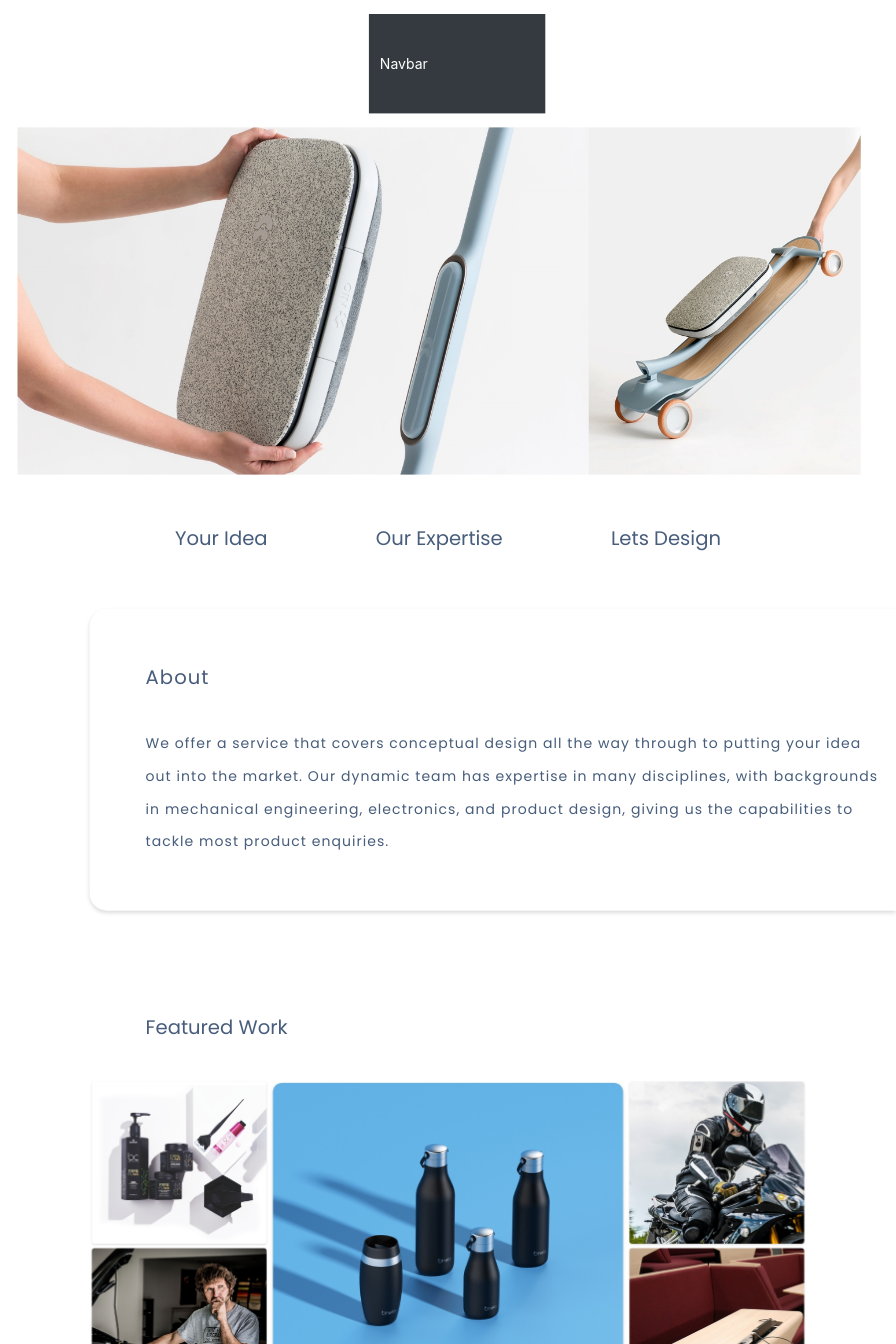
Repository: cobyfoster99/User-Centric-frontend-project
Page: index.html
The author's editor kept a record of every edit. The page is drawn from the files as they stood at one moment, then again after the next edit.
The browser window is 1280 px wide. The pictures show the part of the page from y = 0 to 1920 px (the page is 3304 px tall before and 3247 px after), at 70% of full size.
Some web libraries are served in a nearby version.

Above is the page before.

### index.html
<!DOCTYPE html>
<html lang="en">

<head>
    <meta charset="UTF-8">
    <meta name="viewport" content="width=device-width, initial-scale=1.0, max-scale=1.0">
    <meta http-equiv="X-UA-Compatible" content="ie=edge">
    <link rel="stylesheet" href="assets/css/style.css" type="text/css" />
    <link rel="stylesheet" href="https://stackpath.bootstrapcdn.com/font-awesome/4.7.0/css/font-awesome.min.css" type="text/css" />
    <script src="https://kit.fontawesome.com/78b1021543.js"></script>
    <link rel="stylesheet" href="https://stackpath.bootstrapcdn.com/bootstrap/4.3.1/css/bootstrap.min.css" integrity="sha384-ggOyR0iXCbMQv3Xipma34MD+dH/1fQ784/j6cY/iJTQUOhcWr7x9JvoRxT2MZw1T" crossorigin="anonymous">
    <title>Simple Design Works | Product Design Agency</title>
</head>

<body>

    <header>
        <div class="row no-gutters">
            <a class="col-md-4 logo" href="index.html"></a>
            <nav class="navbar navbar-expand-md bg-dark navbar-dark">
                <a class="navbar-brand" href="#">Navbar</a>
                <button class="navbar-toggler" type="button" data-toggle="collapse" data-target="#collapsibleNavbar">
    <span class="navbar-toggler-icon"></span>
  </button>
                <div class="col">
                    <div class="row no-gutters">
                        <div class="col">
                            <ul id="nav" class="list-inline menucontainer">
                                <li class="col-6 col-sm-3 list-inline-item">
                                    <a href="#"><span class="nav-active">Home</span></a>
                                </li>
                                <li class="col-6 col-sm-3 list-inline-item">
                                    <a href="#"><span>About</span></a>
                                </li>
                                <li class="col-6 col-sm-3 list-inline-item">
                                    <a href="#"><span>Contact</span></a>
                                </li>
                            </ul>
                        </div>
                    </div>
                </div>
            </nav>
        </div>
    </header>

    <section>

        <!--------------------- Global Banner Image--------------------->
        <div class="container-fluid">
            <div class="row banner-image-container no-gutters">
                <img class="banner-image" src="assets/media-library/home_image.jpg"></img>
            </div>
        </div>

        <!--------------------- SDW Catch Phrase --------------------->
        <div class="container-fluid">
            <div class="col-12">
                <div class="catchphrase">
                    <h3 class="header-h3">Your Idea</h3>
                    <h3 class="header-h3">Our Expertise </h3>
                    <h3 class="header-h3">Lets Design</h3>
                </div>
            </div>
        </div>

        <!--------------------- Home Page About --------------------->
        <div class="container-about">
            <div class="about-section">
                <h3 class="about-h3 aligned-border">About</h3>
                <p class="aligned-border about-p">We offer a service that covers conceptual design all the way through to putting your idea out into the market. Our dynamic team has expertise in many disciplines, with backgrounds in mechanical engineering, electronics, and product design,
                    giving us the capabilities to tackle most product enquiries.

                </p>
            </div>
        </div>

        <!--------------------- Home Page Portfolio --------------------->
        <div class="container-porfolio text-center">
            <h3 class="left-Featured">Featured Work</h3>
            <div class="row no-gutters">
                <div class="col-lg-3 col-md-12 portfolio-skp"><img class="img-fluid padded-image" src="./assets/media-library/skp2.jpg"></img> <img class="img-fluid padded-image" src="./assets/media-library/guy.jpg"></img>
                </div>

                <div class="col-lg-6 col-md-12 text-center portfolio-skp"><img class="img-fluid padded-image" src="./assets/media-library/ohello.jpg"></img>
                </div>
                <div class="col-lg-3 col-md-12 portfolio-skp"><img class="img-fluid padded-image" src="./assets/media-library/Bike.jpg"></img> <img class="img-fluid padded-image padded-image" src="./assets/media-library/furniture.jpg"></img>
                </div>
            </div>
        </div>

        <!--------------------- Home Page Contact --------------------->

    </section>
    <div class="container-contact text-center">
        <h2 class="home-contact-header">Get In Touch!</h2>
        <form>

            <input type="ftext" name="full-name" placeholder="Full Name" class="full-name" />

            <input type="ftext" name="full-name" placeholder="Full Name" class="full-name" />

            <input type="ftext" name="full-name" placeholder="Full Name" class="full-name" />


            <textarea rows="8" name="discuss" placeholder="Discuss Your Idea..." class="dicuss-idea"></textarea>

            <input type="submit" value="Submit" class="submit-button" />
        </form>
    </div>

    <footer>
        <div class="container-fluid">
            <div class="row no-gutters footer-about">
                <div class="col-sm footer-section">
                    <h2 class="footer-h2">About</h2>
                    <p class="footer-p">We offer a service that covers conceptual design all the way through to putting your idea out into the market. Our dynamic team has expertise in many disciplines, with backgrounds in mechanical engineering, electronics, and product
                        design, giving us the capabilities to tackle most product enquiries.
                    </p>
                </div>
                <div class="col-sm footer-section footer-location">
                    <h2 class="footer-h2">Location</h2>
                    <p class="footer-p">Rural Enterprise Centre,<br> Rotherwas Industrial Estate<br> Hereford
                        <br> HR2 6FE<br>
                    </p>
                </div>
                <div class="col-sm footer-section footer-sitemap">
                    <h2 class="footer-h2">Sitemap</h2>
                    <p class="footer-p"><a class="footer-links" href="/home">Home</a> <br> <a class="footer-links" href="/about">About</a> <br> <a class="footer-links" href="/contact">Contact</a> <br>
                        <p class="footer-p">© simple design works 2019</p>
                    </p>
                </div>


            </div>
        </div>
    </footer>

</body>

</html>

### assets/css/style.css
/* ------------------------------------------- Typography */

@import url('https://fonts.googleapis.com/css?family=Poppins:400,600,700&display=swap');

h1,
h2,
h3,
h4,
h5,
p,
span {
    font-family: "poppins", sans-serif;
    color: #475D7B;
}



/* -------------------------------------------- Header */

header {
    background-color: #fffff;
    padding-top: 20px;
    padding-bottom: 20px;
}

.logo {
    width: auto;
    transition: all .5s ease-in-out;
    -moz-transition: all .5s ease-in-out;
    -webkit-transition: all .5s ease-in-out;
}

.list-inline {
    padding-top: 60px;
    padding-bottom: 40px;
    text-align: center;
}

.list-inline-item {
    padding-bottom: 10px;
}

.nav-center {
    margin-left: 300px;
    margin-right: auto;
}

.menucontainer {
    font-size: 0px;
    text-decoration: none;
}

.navbar-light .navbar-nav .nav-link {
    color: #475D7B;
}

.nav-link {
    font-size: 18px;
    text-align: center;
    text-decoration: none;
    color: #475D7B;
    font-weight: 600;
    transition: all .5s ease-in-out;
    -moz-transition: all .5s ease-in-out;
    -webkit-transition: all .5s ease-in-out;
}

.nav-item:hover {
    font-size: 14px;
    color: #E18763;
}

.nav-active {
    color: #E18763;
    border-bottom: 1px solid #E18763;
}

/* -------------------------------------------- Media Queries - Header */

@media only screen and (max-width: 1920px) and (min-width: 1220px) {
    header {
        margin-left: 150px;
    }
}

@media only screen and (max-width: 1440px) and (min-width: 768px) {
    .menuitem {
        padding-bottom: 10px;
    }
}




/* -------------------------------------------- Banner Image Global */

.banner-image {
    display: block;
    margin-left: auto;
    margin-right: auto;
    padding-left: 10px;
    max-width: 100%;
    height: auto;
}

/* -------------------------------------------- SDW Catchphrase Global */

.catchphrase {
    display: block;
    text-align: center;
    margin-left: auto;
    margin-right: auto;
    padding-bottom: 75px;
    padding-top: 75px;
}

.header-h3 {
    text-align: center;
    display: inline-block;
    padding-left: 10px;
}

/* -------------------------------------------- Home-page About */

.about-section {
    display: block;
    box-shadow: 0px 3px 6px rgba(0, 0, 0, 0.15);
    border-radius: 25px;
    margin-bottom: 50px;
}

.aligned-border {
    padding: 20px;
}

.about-h3 {
    padding-top: 75px;
    line-height: 35pt;
    letter-spacing: 1.5px;
}

.about-p {
    padding-top: 20px;
    padding-bottom: 75px;
    line-height: 35pt;
    letter-spacing: 1.5px;
    font-size: 20px;
}

.container-about {
    margin-left: auto;
    margin-right: auto;
    width: 80%;
}


/* -------------------------------------------- Media Queries - Home-page-about */

@media only screen and (max-width: 1920px) and (min-width: 1200px) {
    .container-about {
        margin-right: 0;
        margin-left: 10%;
        width: 90%;
    }
}

@media only screen and (max-width: 1920px) and (min-width: 1200px) {
    .about-section {
        border-radius: 25px 0px 0px 25px;
    }
}


@media only screen and (max-width: 1920px) and (min-width: 1200px) {
    .about-p,
    .about-h3 {

        padding-left: 80px;

    }
}

@media only screen and (max-width: 1220px) and (min-width: 320px) {
    .about-p,
    .about-h3 {

        line-height: normal;
        letter-spacing: normal;
        text-align: center;

    }
}

@media only screen and (max-width: 1220px) and (min-width: 320px) {
    .about-p {
        padding-bottom: 50px;
        padding-top: 0px;
        font-size: 16px;
    }
}

@media only screen and (max-width: 1220px) and (min-width: 320px) {
    .about-h3 {
        padding-top: 50px;
    }
}



/* -------------------------------------------- Media Queries - Catchphrase Global */

@media only screen and (max-width: 1920px) and (min-width: 768px) {
    .header-h3 {
        padding-left: 75px;
        padding-right: 75px;
    }
}






/* -------------------------------------------- Footer */

footer {
    background-color: #f1f1f1;
    padding-top: 20px;
    padding-bottom: 20px;
}

.footer-section {
    text-align: left;
    padding-top: 20px;
    padding-bottom: 20px;
}


.footer-h2 {
    padding-bottom: 20px;
    font-size: 24px;
    text-align: left;
}

.footer-p {
    font-size: 16px;
    line-height: 22pt;
    text-align: left;
}

.footer-links {
    text-decoration: none;
    color: #475D7B;
}

.footer-links:hover {
    text-decoration: none;
    color: #475D7B;
}

/* -------------------------------------------- Media Queries - Footer */

@media only screen and (max-width: 1920px) and (min-width: 1220px) {
    .footer-location {
        margin-left: 180px;
    }
}

@media only screen and (max-width: 1920px) and (min-width: 1220px) {
    footer {
        padding-left: 250px;
        padding-right: 250px;
    }
}

@media only screen and (max-width: 1200px) and (min-width: 768px) {
    footer {
        padding-left: 50px;
        padding-right: 0px;
    }
}

@media only screen and (max-width: 1440px) and (min-width: 768px) {
    .footer-sitemap,
    .footer-location {
        margin-left: 50px;
        padding-right: 0px;
    }
}

@media only screen and (max-width: 1200px) and (min-width: 386px) {
    .footer-p {
        font-size: 14px;
    }
}





/* -------------------------------------------- Portfolio Section - Homepage*/

.container-porfolio {
    margin-left: auto;
    margin-right: auto;
    width: 80%;
    padding-top: 100px;
    padding-bottom: 100px;
}

.portfolio-title {
    padding-left: 80px;
    padding-bottom: 50px;
}

@media only screen and (max-width: 1200px) and (min-width: 300px) {
    .portfolio-title {
        padding-left: 0px;
        text-align: center;
        padding-bottom: 20px;
    }
}

.skp-image {
    transition: all .5s ease-in-out;
    -moz-transition: all .5s ease-in-out;
    -webkit-transition: all .5s ease-in-out;
    display: inline-block;
}


@media only screen and (max-width: 1200px) and (min-width: 300px) {
    .container-portfolio {
        width: 100%;
        margin: 0;
    }
}

.folio-image {
    max-width: 100%;
    width: auto;
    min-height: auto;
    vertical-align: top;
    margin-right: auto;
    margin-left: auto;
    padding-top: 25px;
}

.folio-image-right {
    vertical-align: top;
    float: left;
    text-align: right;
}

.portfolio-skp {
    margin-left: auto;
    margin-right: auto;
}

@media only screen and (max-width: 1920px) and (min-width: 1200px) {
    .portfolio-item-large {
        margin: 0;
    }
}

.padded-image {
    padding-bottom: 0px;
}

@media only screen and (max-width: 1920px) and (min-width: 1200px) {
    .left-Featured {
        text-align: left;
        padding-left: 80px;
    }

}

.left-Featured {
    padding-bottom: 50px;
}


/* -------------------------------------------- Contact Section - Homepage*/

.container-contact {
    margin-left: auto;
    margin-right: auto;
    width: 80%;
    padding-bottom: 100px;
}

.full-name {
    margin-top: 20px;
    width: 100%;
    height: 50px;
    box-shadow: 0px 3px 6px rgba(0, 0, 0, 0.15);
    border-radius: 10px;
    border: none;
    font-family: "poppins", sans-serif;
    font-size: 16px;
}

::-webkit-input-placeholder {
    color: #475D7B;
    padding-left: 20px;
}


.dicuss-idea {
    margin-top: 20px;
    width: 100%;
    box-shadow: 0px 3px 6px rgba(0, 0, 0, 0.15);
    border-radius: 10px;
    border: none;
    font-family: "poppins", sans-serif;
    font-size: 16px;
}

.submit-button {
    width: 30%;
    margin-top: 20px;
    margin-left: 0;
    height: 50px;
    border-radius: 10px;
    border: none;

}

After the next edit:
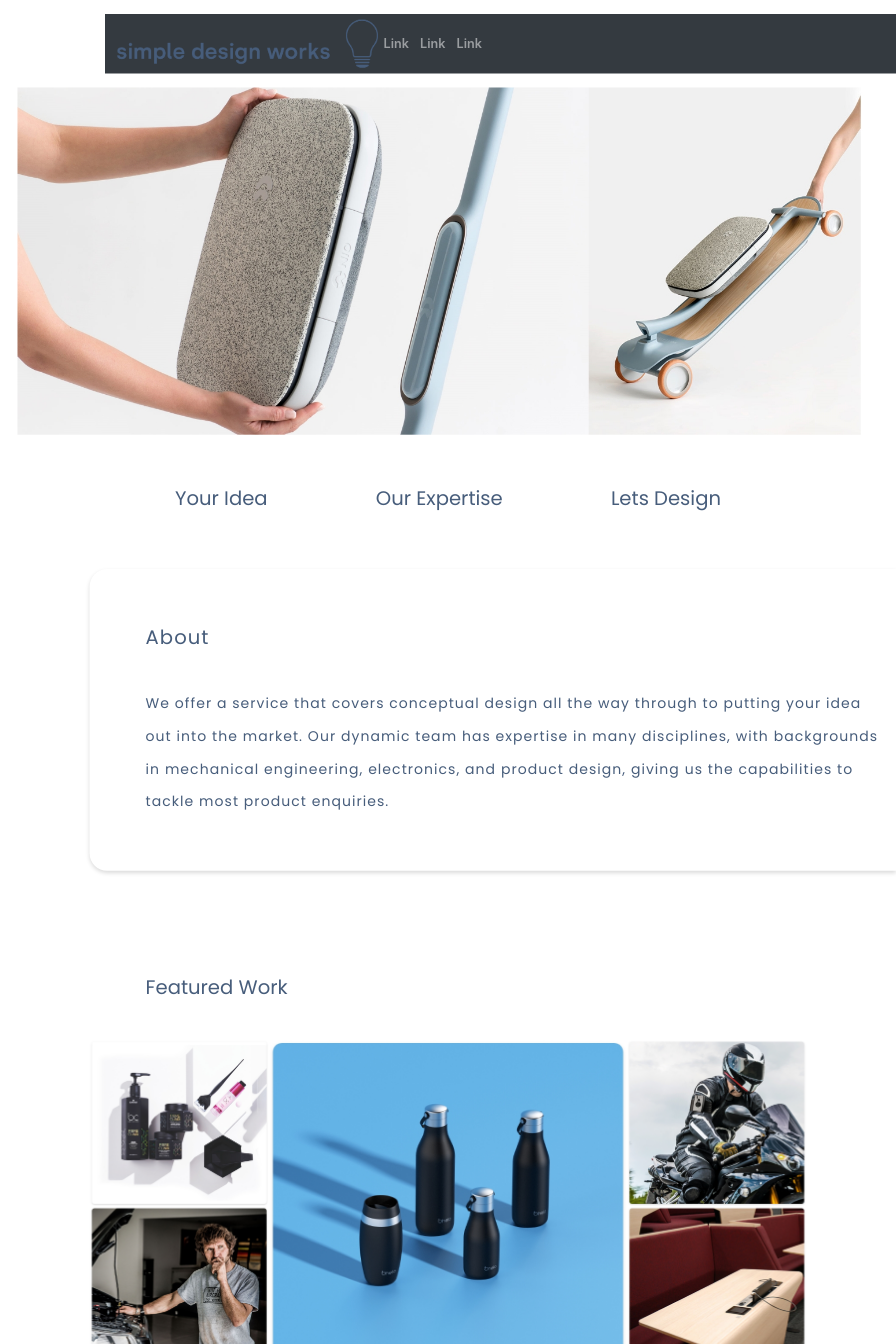
The edit:
--- a/index.html
+++ b/index.html
@@ -15,32 +15,25 @@
 <body>
 
     <header>
-        <div class="row no-gutters">
-            <a class="col-md-4 logo" href="index.html"></a>
-            <nav class="navbar navbar-expand-md bg-dark navbar-dark">
-                <a class="navbar-brand" href="#">Navbar</a>
-                <button class="navbar-toggler" type="button" data-toggle="collapse" data-target="#collapsibleNavbar">
+        <nav class="navbar navbar-expand-md bg-dark navbar-dark">
+            <img src="./assets/media-library/logo.png"></img>
+            <button class="navbar-toggler" type="button" data-toggle="collapse" data-target="#collapsibleNavbar">
     <span class="navbar-toggler-icon"></span>
   </button>
-                <div class="col">
-                    <div class="row no-gutters">
-                        <div class="col">
-                            <ul id="nav" class="list-inline menucontainer">
-                                <li class="col-6 col-sm-3 list-inline-item">
-                                    <a href="#"><span class="nav-active">Home</span></a>
-                                </li>
-                                <li class="col-6 col-sm-3 list-inline-item">
-                                    <a href="#"><span>About</span></a>
-                                </li>
-                                <li class="col-6 col-sm-3 list-inline-item">
-                                    <a href="#"><span>Contact</span></a>
-                                </li>
-                            </ul>
-                        </div>
-                    </div>
-                </div>
-            </nav>
-        </div>
+            <div class="collapse navbar-collapse" id="collapsibleNavbar">
+                <ul class="navbar-nav">
+                    <li class="nav-item">
+                        <a class="nav-link" href="#">Link</a>
+                    </li>
+                    <li class="nav-item">
+                        <a class="nav-link" href="#">Link</a>
+                    </li>
+                    <li class="nav-item">
+                        <a class="nav-link" href="#">Link</a>
+                    </li>
+                </ul>
+            </div>
+        </nav>
     </header>
 
     <section>
